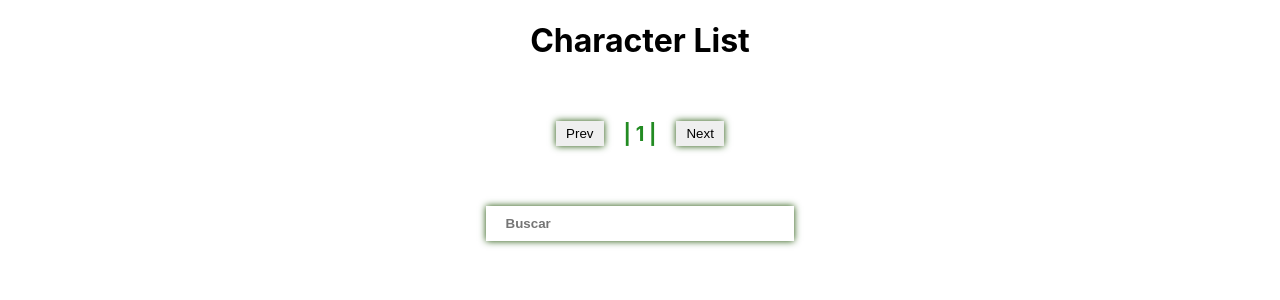
Repository: DanielVegaf/rick-and-morty-api
Page: /
The author's editor kept a copy of each file at every save. The page is drawn from the files as they stood at one save, then again after the next save.
The browser window is 1280 px wide. The pictures show the whole page.
The page's requests for data from a server got no answer. The project was rebuilt for these pictures with package versions that can differ from the ones it lists, and the page was loaded fresh each time. No one was signed in, and anything a server would have sent is missing. Also part of the build but not shown: vite.config.js.

Above is the page before, as saved 2022-07-11 09:40:59.

### src/App.jsx
import { useState, useEffect, useRef } from 'react'
import './App.css'
import { CharactersList } from './components/characterList/CharactersList';
import { getAllCharacters, searchCharacter } from './services/api'

function App() {

  const inputSearch = useRef(null);
  const [character, setCharacter] = useState([])
  const [page, setPage] = useState(1)
  const [search, setSearch] = useState("")

  useEffect(() => {
    getAllCharacters(page)
      .then(setCharacter)
      .catch(console.log)
  }, [page])

  const onChangePage = (next) => {
    if (!character.previous && page + next <= 0) return;
    if (!character.next && page + next >= 42) return;

    setPage(page + next)
  }

  const onTextSearch = (event) => {
    event.preventDefault();
    const text = inputSearch.current.value;
    setSearch(text);
  }

  const onSearchSubmit = (event) => {
    if (event.key !== 'Enter') return;

    inputSearch.current.value = "";
    searchCharacter(search).then(setCharacter).catch(console.log);
  }

  return (
    <div className="App">
      <CharactersList />
      <div className="container">

        <div className="buttons">
          <button onClick={() => onChangePage(-1)}>Prev</button>
          <p className='page'>| {page} |</p>
          <button onClick={() => onChangePage(1)}>Next</button>
        </div>

        <input
          ref={inputSearch}
          type="text"
          onChange={onTextSearch}
          onKeyDown={onSearchSubmit}
          placeholder="Buscar"
        />

        {
          character?.results?.map((char, index) => {
            return (
              <div
                className='gallery'
                key={index}
              >
                <div className="info">
                  <img src={char.image} alt="" />
                  <p>{char.name}</p>
                </div>
              </div>
            )
          })
        }
      </div>
    </div>
  )
}

export default App

### src/App.css
.App {
  display: flex;
  flex-direction: column;
  align-items: center;
  text-align: center;
}

.container{
  width: 70%;
  /* background-color: forestgreen; */
}

.buttons{
  display: flex;
  align-items: center;
  justify-content: center;
  padding: 20px;
}

.buttons button{
  border: none;
  margin: 0 20px;
  padding: 5px 10px;
  cursor: pointer;
  transition: transform .1s ease-in-out;
  box-shadow: 0 0 7px rgb(27, 80, 2);
}
.buttons button:active {
  transform: scale(.93);
}
.page{
  color: forestgreen;
  font-weight: bold;
  font-size: 20px;
}

input{
  margin: 20px 0 40px;
  padding: 10px 20px;
  border: none;
  box-shadow: 0 0 7px rgb(27, 80, 2);
  font-weight: bold;
  outline: none;
  width: 30%;
}

.gallery{
  display: flex;
  align-items: center;
  justify-content: center;
  margin: 0 0 40px;
}

.gallery img{
  width: 300px;
}

.info{
  width: 300px;
  box-shadow: 0 0 7px rgb(27, 80, 2);
  color: forestgreen;
  font-weight: bold;
  font-size: 24px;
  cursor: pointer;
}

.info:active{
  transform: scale(.99);
}

### src/components/characterList/CharactersList.jsx
import { useState, useEffect, useRef } from 'react';
import { getAllCharacters, searchCharacter } from '../../services/api';

export function CharactersList() {

    const inputSearch = useRef(null);
    const [character, setCharacter] = useState([])
    const [page, setPage] = useState(1)
    const [search, setSearch] = useState("")

    useEffect(() => {
        getAllCharacters(page)
            .then(setCharacter)
            .catch(console.log)
    }, [page])

    const onChangePage = (next) => {
        if (!character.previous && page + next <= 0) return;
        if (!character.next && page + next >= 42) return;

        setPage(page + next)
    }

    const onTextSearch = (event) => {
        event.preventDefault();
        const text = inputSearch.current.value;
        setSearch(text);
    }

    const onSearchSubmit = (event) => {
        if (event.key !== 'Enter') return;

        inputSearch.current.value = "";
        searchCharacter(search).then(setCharacter).catch(console.log);
    }

    return (
        <>
            <h1>Character List</h1>
        </>
    );
};

### src/services/api.js
const BASE_URL = "https://rickandmortyapi.com/api/character";

export async function getAllCharacters(page = 1){
    try {
        const response = await fetch(`${BASE_URL}/?page=${page}`);
        const data = await response.json();
        console.log(data);
        return data;
    } catch (error) {
        console.log(error);
    }
}

export async function searchCharacter(name){
    try {
        const response = await fetch(`${BASE_URL}/?name=${name}`)
        const data = await response.json();
        console.log(data);
        return data;
    } catch (error) {
        console.log(error);
    }
}

Loaded but not shown: index.html (common file); src/main.jsx (common file); src/index.css (common file)

After the next save:
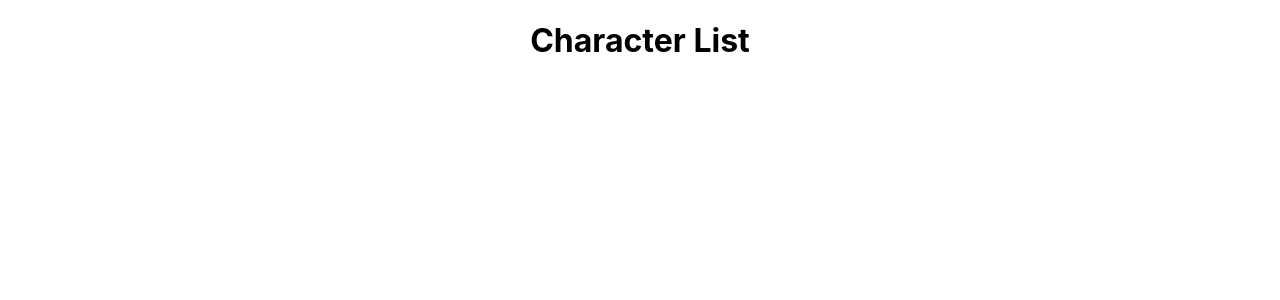
Saved 47 s later.
--- a/src/App.jsx
+++ b/src/App.jsx
@@ -1,76 +1,12 @@
-import { useState, useEffect, useRef } from 'react'
 import './App.css'
 import { CharactersList } from './components/characterList/CharactersList';
-import { getAllCharacters, searchCharacter } from './services/api'
+
 
 function App() {
-
-  const inputSearch = useRef(null);
-  const [character, setCharacter] = useState([])
-  const [page, setPage] = useState(1)
-  const [search, setSearch] = useState("")
-
-  useEffect(() => {
-    getAllCharacters(page)
-      .then(setCharacter)
-      .catch(console.log)
-  }, [page])
-
-  const onChangePage = (next) => {
-    if (!character.previous && page + next <= 0) return;
-    if (!character.next && page + next >= 42) return;
-
-    setPage(page + next)
-  }
-
-  const onTextSearch = (event) => {
-    event.preventDefault();
-    const text = inputSearch.current.value;
-    setSearch(text);
-  }
-
-  const onSearchSubmit = (event) => {
-    if (event.key !== 'Enter') return;
-
-    inputSearch.current.value = "";
-    searchCharacter(search).then(setCharacter).catch(console.log);
-  }
 
   return (
     <div className="App">
       <CharactersList />
-      <div className="container">
-
-        <div className="buttons">
-          <button onClick={() => onChangePage(-1)}>Prev</button>
-          <p className='page'>| {page} |</p>
-          <button onClick={() => onChangePage(1)}>Next</button>
-        </div>
-
-        <input
-          ref={inputSearch}
-          type="text"
-          onChange={onTextSearch}
-          onKeyDown={onSearchSubmit}
-          placeholder="Buscar"
-        />
-
-        {
-          character?.results?.map((char, index) => {
-            return (
-              <div
-                className='gallery'
-                key={index}
-              >
-                <div className="info">
-                  <img src={char.image} alt="" />
-                  <p>{char.name}</p>
-                </div>
-              </div>
-            )
-          })
-        }
-      </div>
     </div>
   )
 }

After the save that followed:
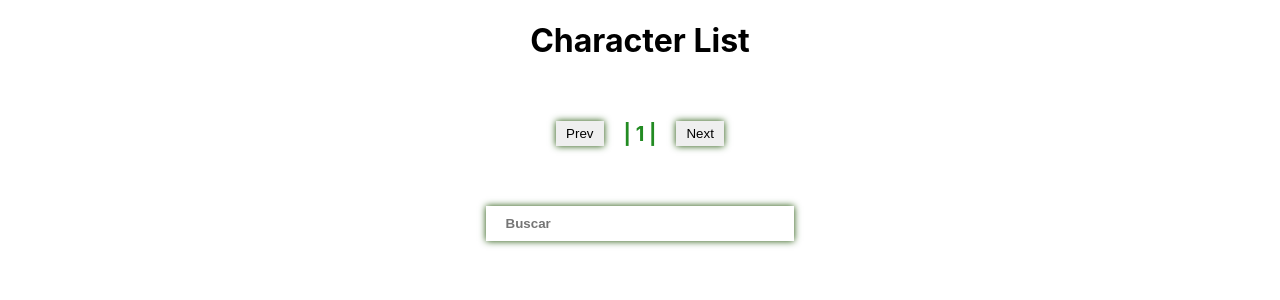
Saved 14 s later.
--- a/src/components/characterList/CharactersList.jsx
+++ b/src/components/characterList/CharactersList.jsx
@@ -37,6 +37,38 @@
     return (
         <>
             <h1>Character List</h1>
+            <div className="container">
+
+                <div className="buttons">
+                    <button onClick={() => onChangePage(-1)}>Prev</button>
+                    <p className='page'>| {page} |</p>
+                    <button onClick={() => onChangePage(1)}>Next</button>
+                </div>
+
+                <input
+                    ref={inputSearch}
+                    type="text"
+                    onChange={onTextSearch}
+                    onKeyDown={onSearchSubmit}
+                    placeholder="Buscar"
+                />
+
+                {
+                    character?.results?.map((char, index) => {
+                        return (
+                            <div
+                                className='gallery'
+                                key={index}
+                            >
+                                <div className="info">
+                                    <img src={char.image} alt="" />
+                                    <p>{char.name}</p>
+                                </div>
+                            </div>
+                        )
+                    })
+                }
+            </div>
         </>
     );
 };
